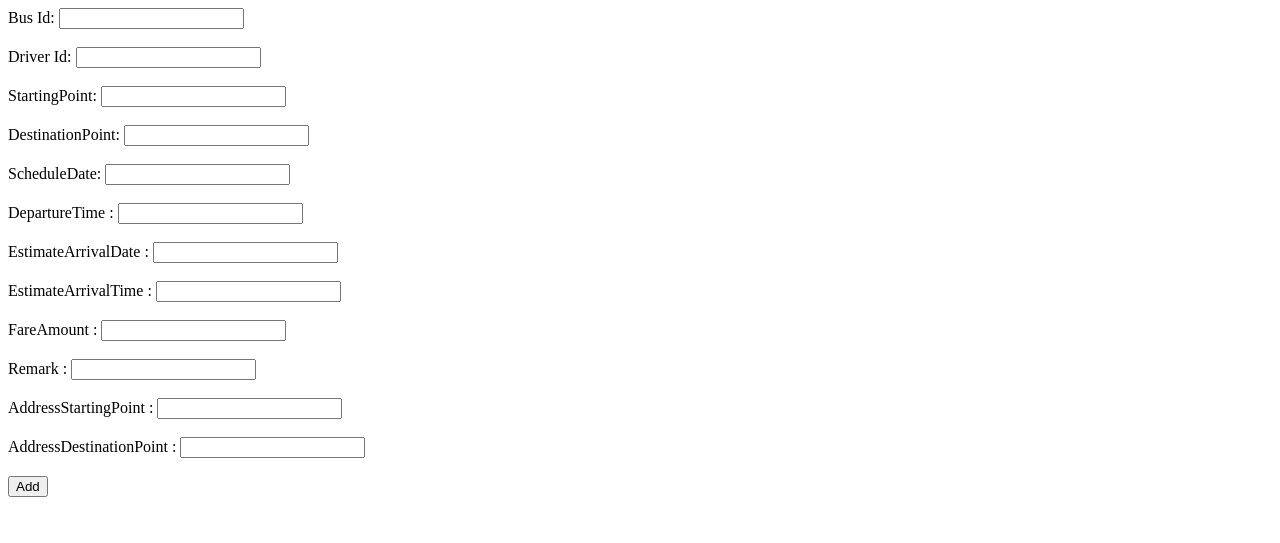
Repository: gummabhargavi/DynWebEjBPoject-AND-server
Page: DynWebEjbBusProject/WebContent/AddTravel.html
These files come from the project's save history. The page is drawn as it stood at one moment and after the next save; the edit follows.
The browser window is 1280 px wide. The pictures show the whole page.

Above is the page before, as saved 2022-12-07 08:48:57.

### DynWebEjbBusProject/WebContent/AddTravel.html
<!DOCTYPE html>
<html>
<head>
<meta charset="ISO-8859-1">
<title>Insert title here</title>
</head>
<body>
   <form action="AddTravelServlet">
         Bus Id:
           <input type="text" name="bus_id"><br/><br/>
         Driver Id:
           <input type="text" name="driver_id"><br/><br/>
         StartingPoint:
           <input type="text" name="starting_point"><br/><br/>
         DestinationPoint:
           <input type="text" name="destination_point"><br/><br/>
         ScheduleDate:
           <input type="text" name="schedule_date"><br/><br/>
         DepartureTime :
           <input type="text" name="departure_time"><br/><br/>
         EstimateArrivalDate :
           <input type="text" name="estimate_arrival_date"><br/><br/>
         EstimateArrivalTime :
            <input type="text" name="estimate_arrival_time" ><br/><br/>
         FareAmount :
            <input type="text" name="fare_amount"><br/><br/>
         Remark :
             <input type="text" name="remark"><br/><br/>
         AddressStartingPoint :
             <input type="text" name="address_starting_point"><br/><br/>
         AddressDestinationPoint :
             <input type="text" name="address_destination_point"><br/><br/>
        <input type="submit" value="Add">
      </form>

</body>
</html>

After the next save:
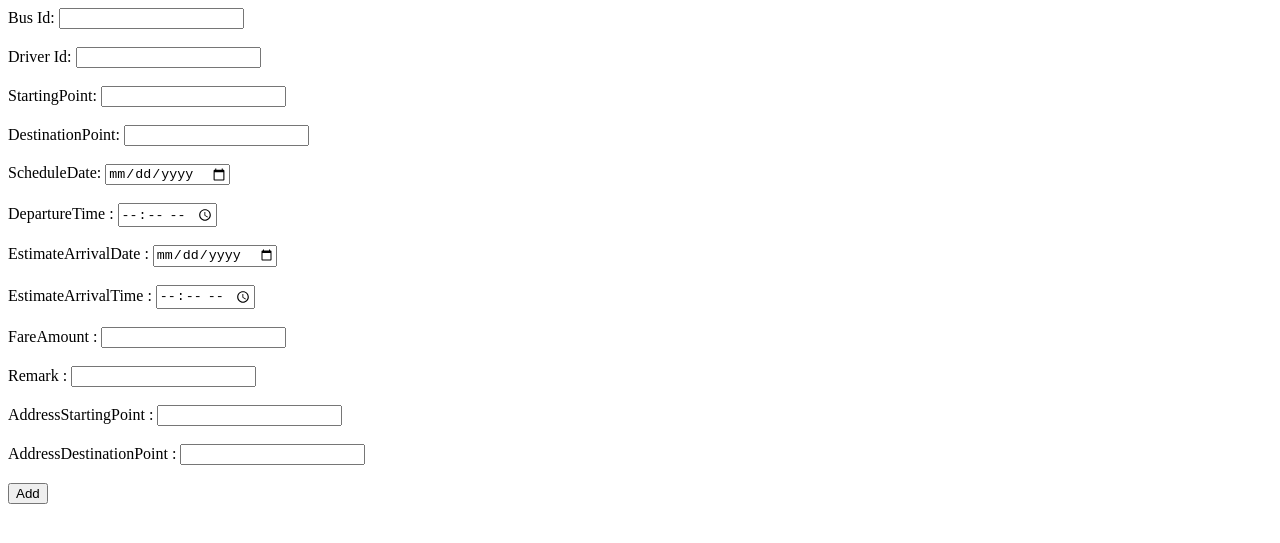
Saved 4 min 44 s later.
--- a/DynWebEjbBusProject/WebContent/AddTravel.html
+++ b/DynWebEjbBusProject/WebContent/AddTravel.html
@@ -15,13 +15,13 @@
          DestinationPoint:
            <input type="text" name="destination_point"><br/><br/>
          ScheduleDate:
-           <input type="text" name="schedule_date"><br/><br/>
+           <input type="date" name="schedule_date"><br/><br/>
          DepartureTime :
-           <input type="text" name="departure_time"><br/><br/>
+           <input type="time" name="departure_time"><br/><br/>
          EstimateArrivalDate :
-           <input type="text" name="estimate_arrival_date"><br/><br/>
+           <input type="date" name="estimate_arrival_date"><br/><br/>
          EstimateArrivalTime :
-            <input type="text" name="estimate_arrival_time" ><br/><br/>
+            <input type="time" name="estimate_arrival_time"><br/><br/>
          FareAmount :
             <input type="text" name="fare_amount"><br/><br/>
          Remark :
